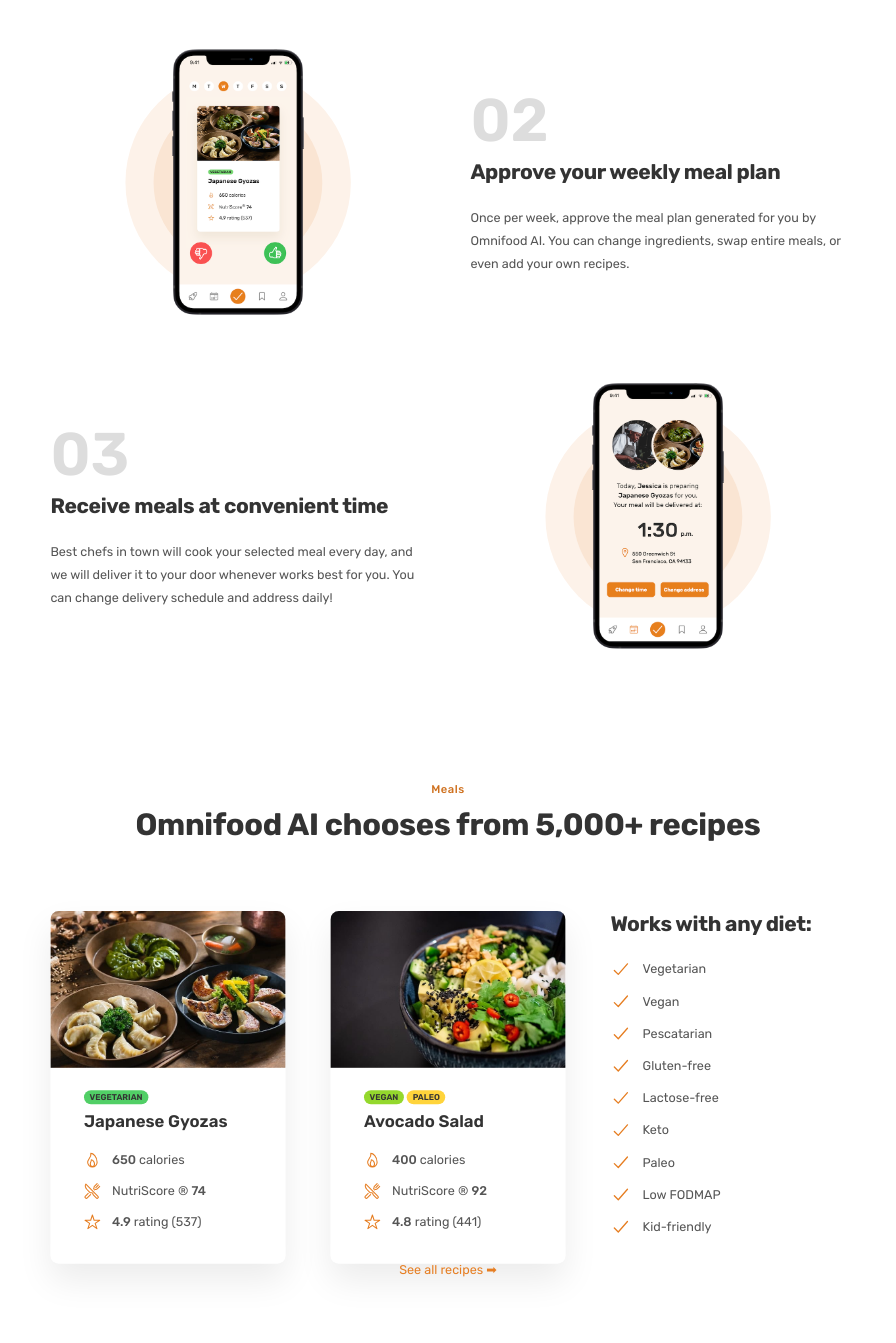
Repository: TranPhucThinh/Omnifood
Page: index.html
An editor plug-in stored every save of this project. The page is shown before and after the next save, followed by the edit.
The browser window is 1280 px wide. The pictures show the part of the page from y = 1629 to 3549 px (the page is 3548 px tall before and 3549 px after), at 70% of full size.

Above is the page before, as saved 2022-08-06 00:07:22.

After the next save:
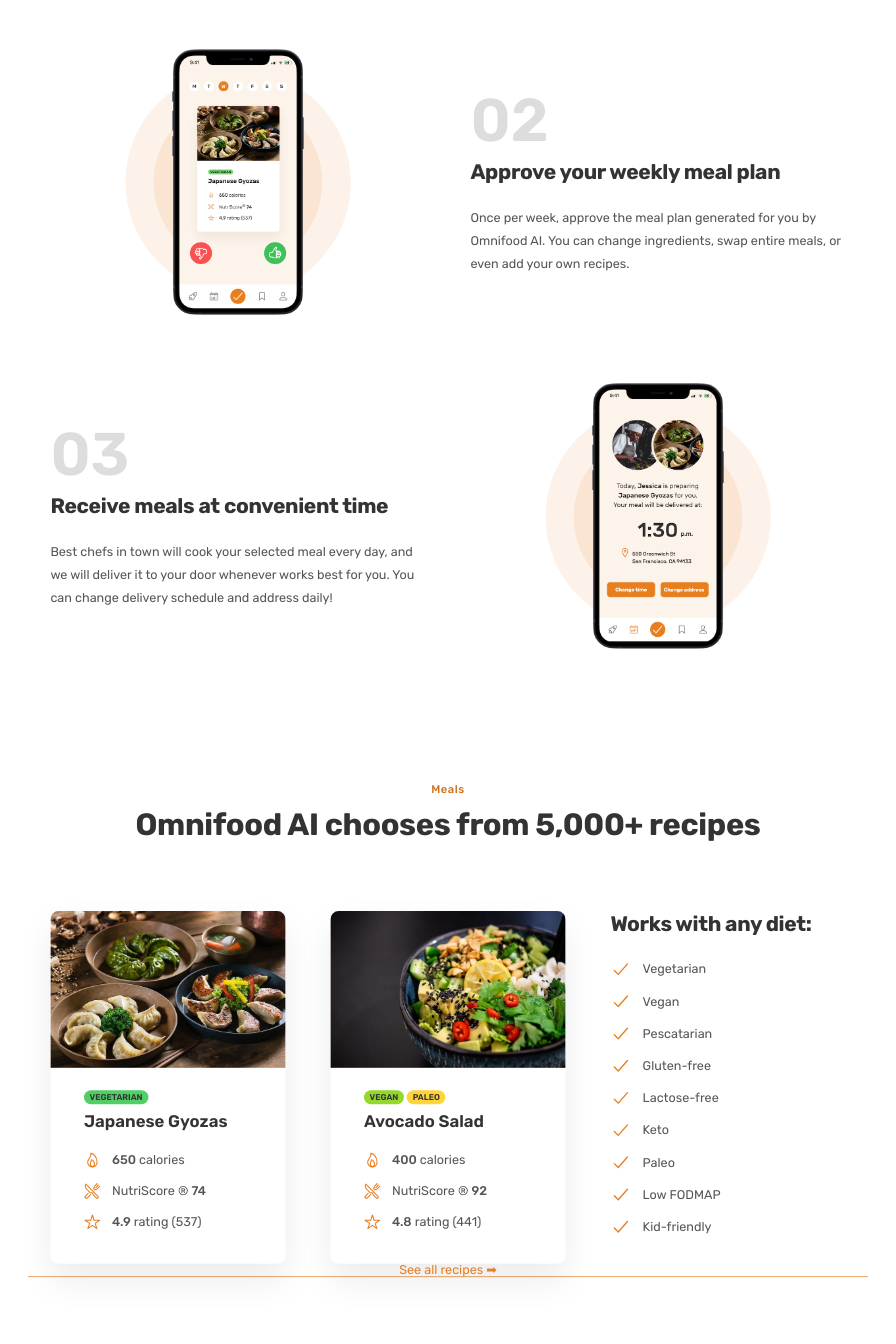
Saved 22 s later.
--- a/assets/styles/style.css
+++ b/assets/styles/style.css
@@ -274,6 +274,10 @@
   color: #e67e22;
 }
 
+.all-recipes {
+  border-bottom: 1px solid #e67e22;
+}
+
 .link {
   font-size: 1.8rem;
   color: #e67e22;
